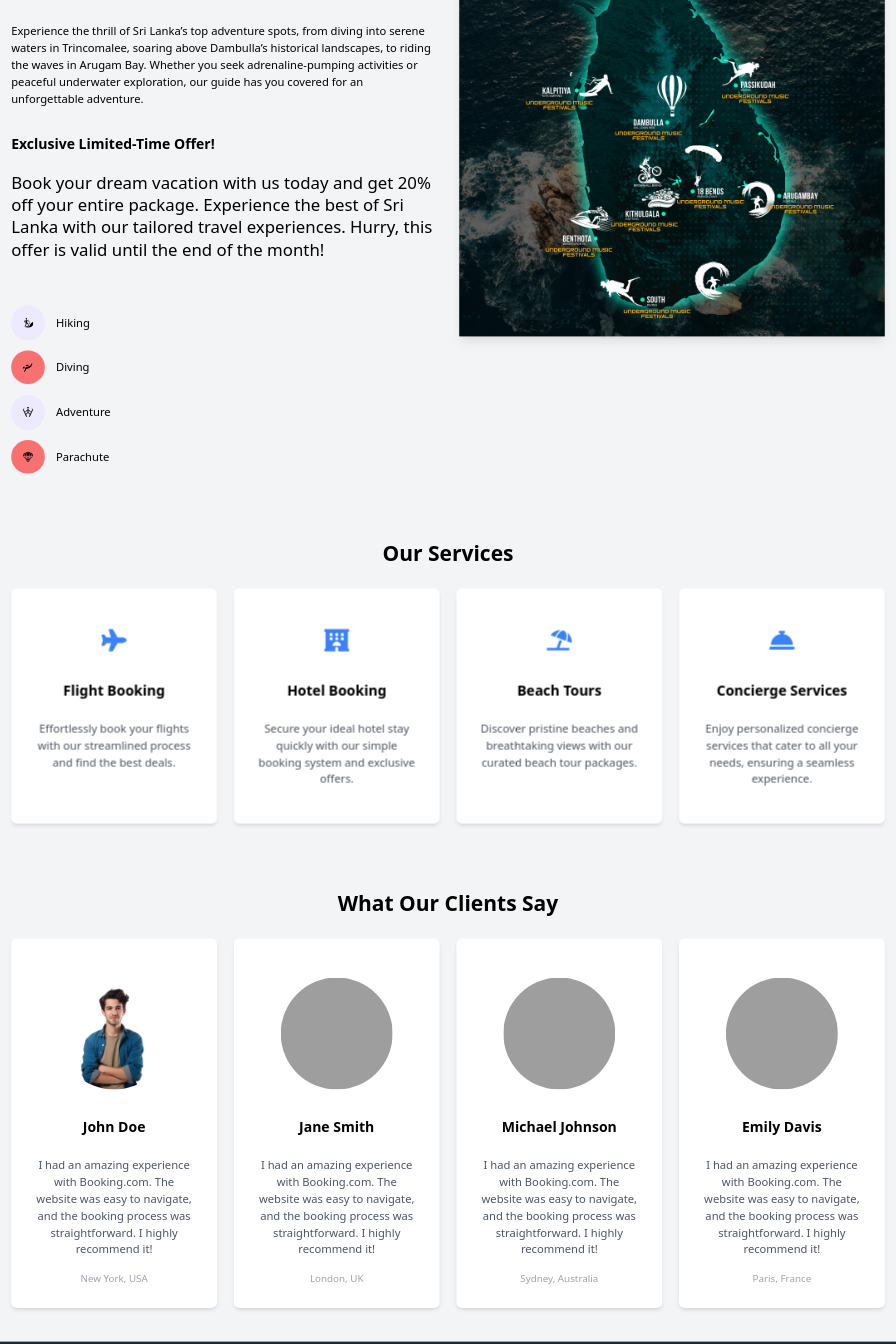
Repository: thisara199/Travel-Agency-Website
Page: /
The author's editor kept a copy of each file at every save. The page is drawn from the files as they stood at one save, then again after the next save.
The browser window is 1280 px wide. The pictures show the part of the page from y = 1492 to 3412 px (the page is 3709 px tall before and 3693 px after), at 70% of full size.
Pictures or frames that could not be fetched are drawn as grey boxes. The project was rebuilt for these pictures with package versions that can differ from the ones it lists, and the page was loaded fresh each time. Also part of the build but not shown: vite.config.js, src/pages/About.jsx.

Above is the page before, as saved 2024-09-04 08:14:02.

After the next save:
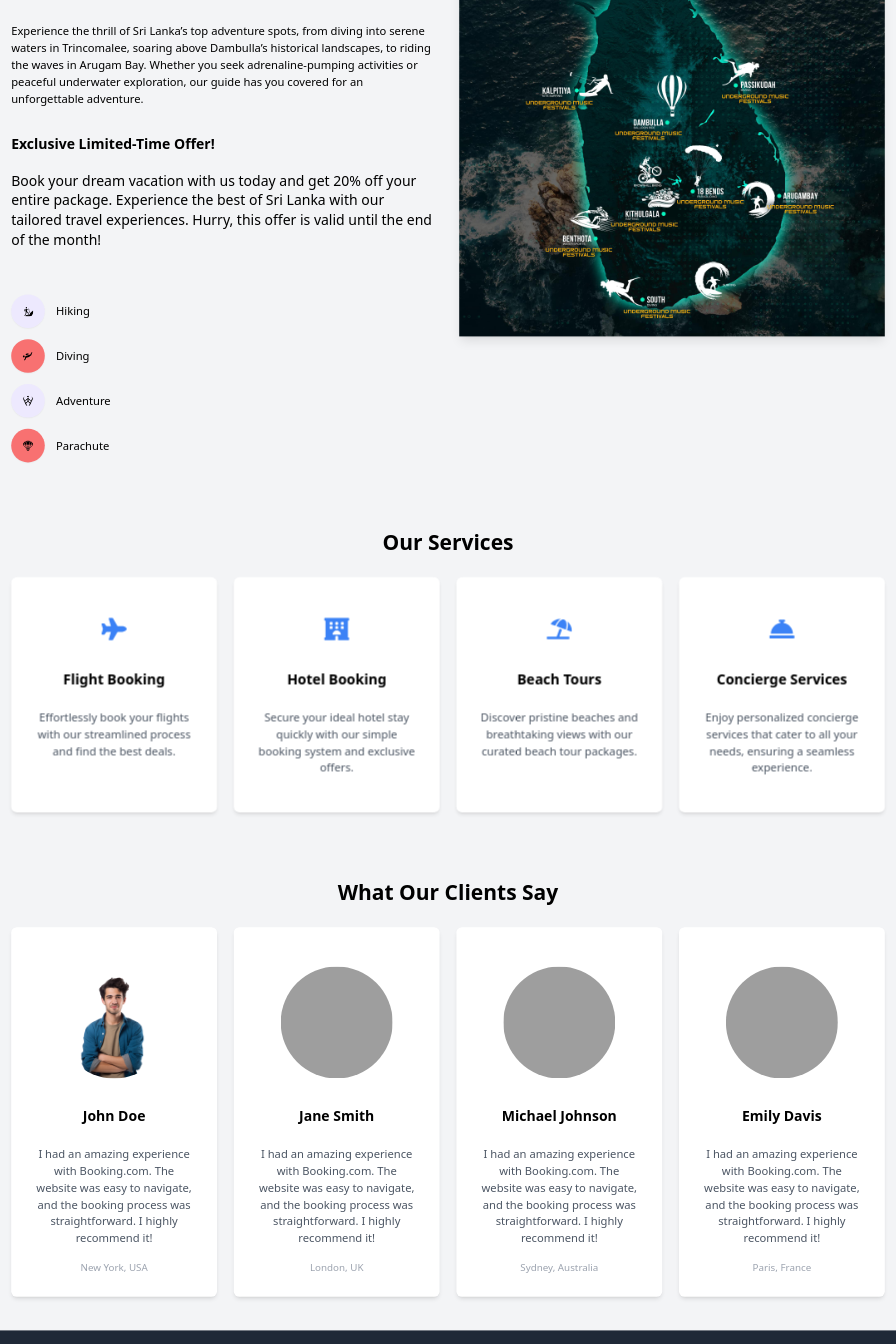
Saved 6 s later.
--- a/src/components/Banner/Banner.jsx
+++ b/src/components/Banner/Banner.jsx
@@ -15,7 +15,7 @@ const Banner1 = () => {
            <p data-aos="fade-up" className='mt-0 lg:mt-10'>Experience the thrill of Sri Lanka’s top adventure spots, from diving into serene waters in Trincomalee, soaring above Dambulla’s historical landscapes, to riding the waves in Arugam Bay. Whether you seek adrenaline-pumping activities or peaceful underwater exploration, our guide has you covered for an unforgettable adventure.</p>
            <div className='flex flex-col justify-center gap-6 mt-0 sm:pt-0 lg:mt-10'>
             <h1 data-aos="fade-up" className='text-xl font-bold'>Exclusive Limited-Time Offer!</h1>
-            <p data-aos="fade-up" className='mb-0 text-xl sm:text-2xl lg:mb-10'>Book your dream vacation with us today and get 20% off your entire package. Experience the best of Sri Lanka with our tailored travel experiences. Hurry, this offer is valid until the end of the month!</p>
+            <p data-aos="fade-up" className='mb-0 text-xl sm:text-xl lg:mb-10'>Book your dream vacation with us today and get 20% off your entire package. Experience the best of Sri Lanka with our tailored travel experiences. Hurry, this offer is valid until the end of the month!</p>
             <div className='flex flex-col gap-4'>
               <div data-aos="fade-up" className='flex items-center gap-4'>
                 <GiHiking className='w-12 h-12 p-4 text-4xl rounded-full shadow-sm bg-violet-100 text-primary dark:bg-violet-400' />
